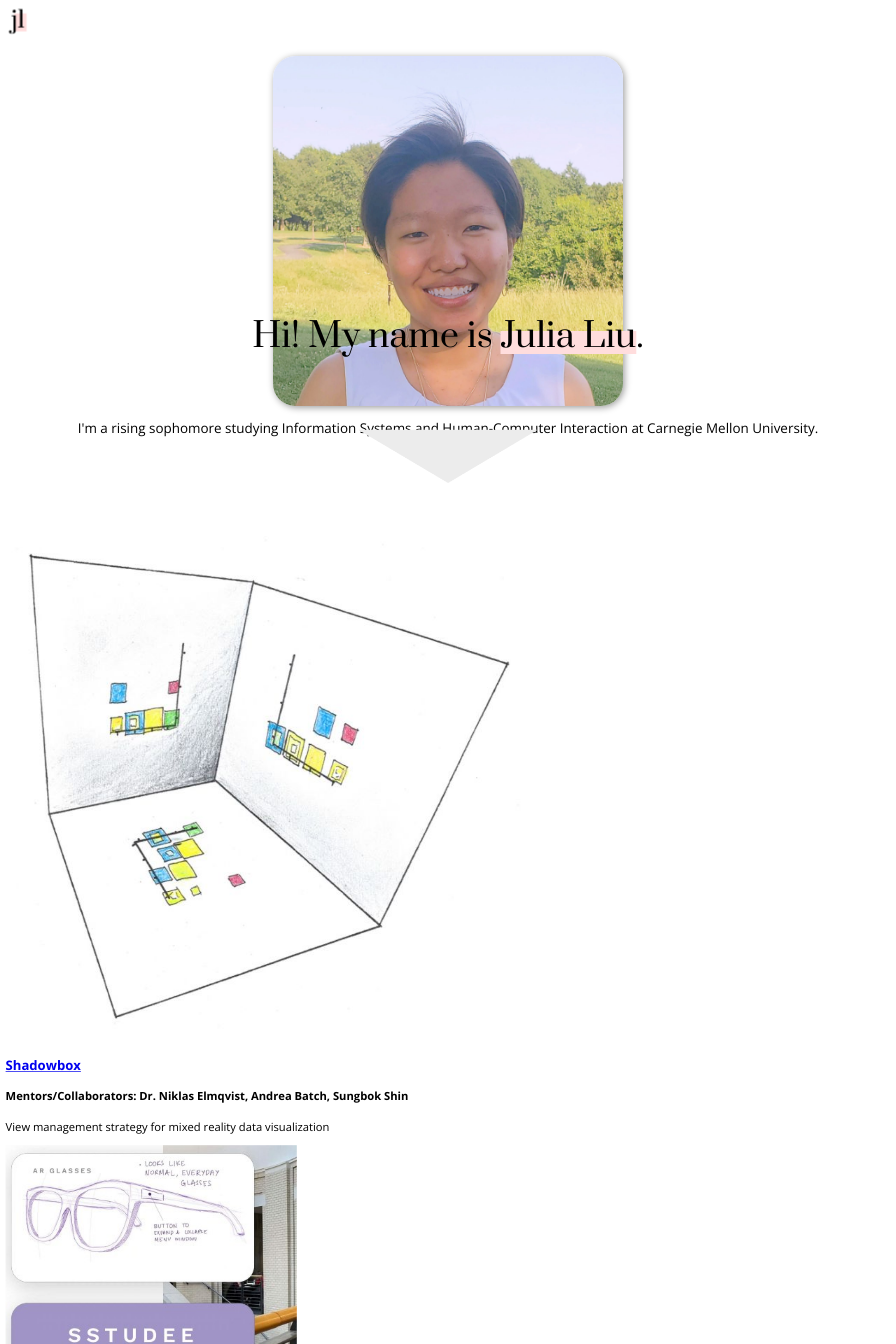
Repository: liu-julia/liu-julia.github.io
Page: index.html
The author's editor kept a copy of each file at every save. The page is drawn from the files as they stood at one save, then again after the next save.
The browser window is 1280 px wide. The pictures show the part of the page from y = 0 to 1920 px (the page is 4978 px tall before and 2900 px after), at 70% of full size.

Above is the page before, as saved 2022-08-02 11:19:15.

After the next save:
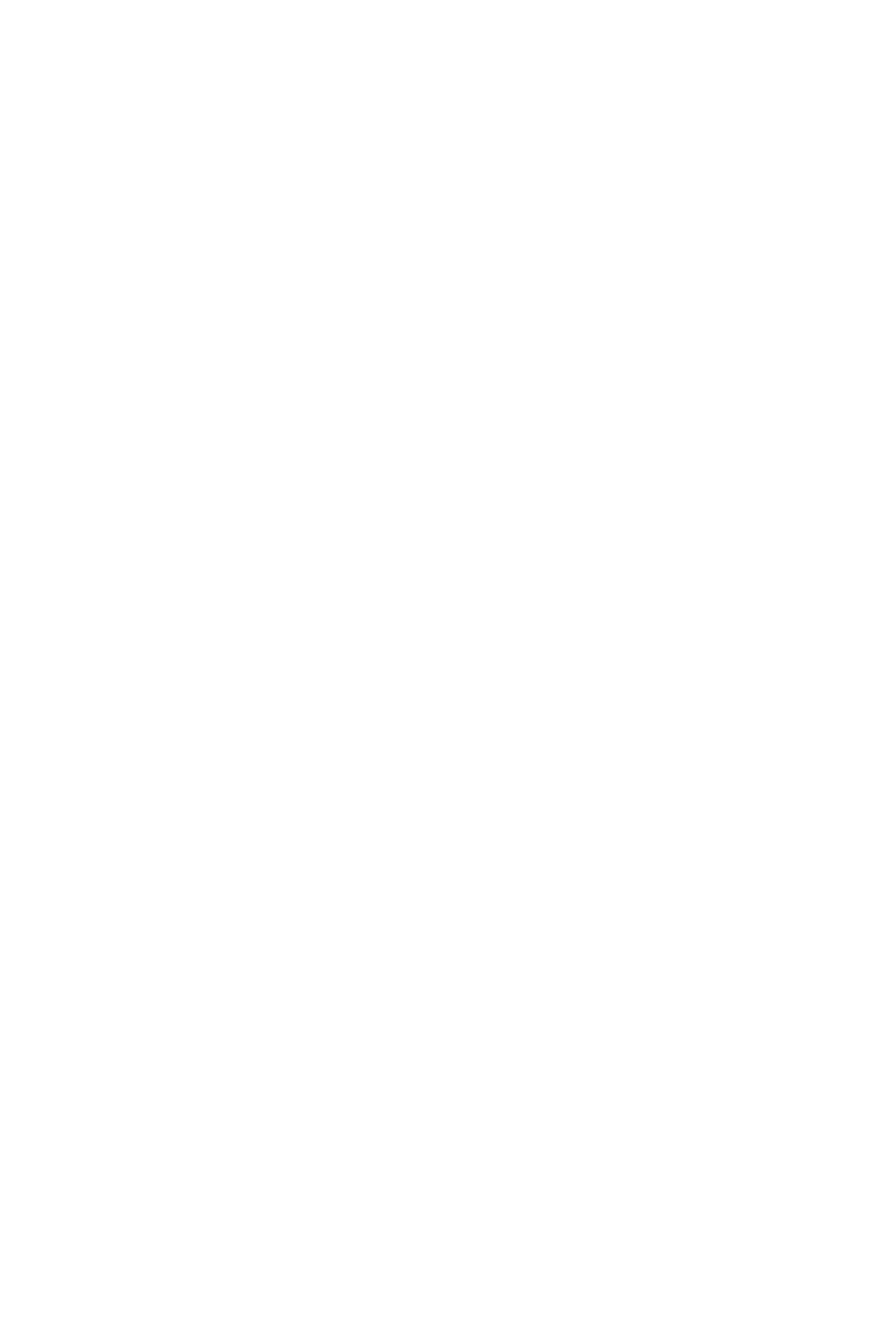
Saved 20 min 13 s later.
--- a/index.html
+++ b/index.html
@@ -7,8 +7,8 @@
     <link rel="preconnect" href="https://fonts.googleapis.com">
     <link rel="preconnect" href="https://fonts.gstatic.com" crossorigin>
     <link href="https://fonts.googleapis.com/css2?family=Karla:wght@300;400;700&family=Open+Sans:wght@300;400;700&family=Playfair+Display:wght@400;700&family=Prata&display=swap" rel="stylesheet">
-    <link rel="stylesheet" media="screen and (min-width: 1500px)" href="css/1500.css" />
-    <link rel="stylesheet" media="screen and (max-width: 1499px)" href="css/mobile.css" />
+    <link rel="stylesheet" media="screen and (min-width: 2px)" href="css/1500.css" />
+    <link rel="stylesheet" media="screen and (max-width: 1px)" href="css/mobile.css" />
     <link rel="icon" href="images/jllogo.png">
     <script src="js/scripts.js"></script>
     <title>Julia Liu</title>

After the save that followed:
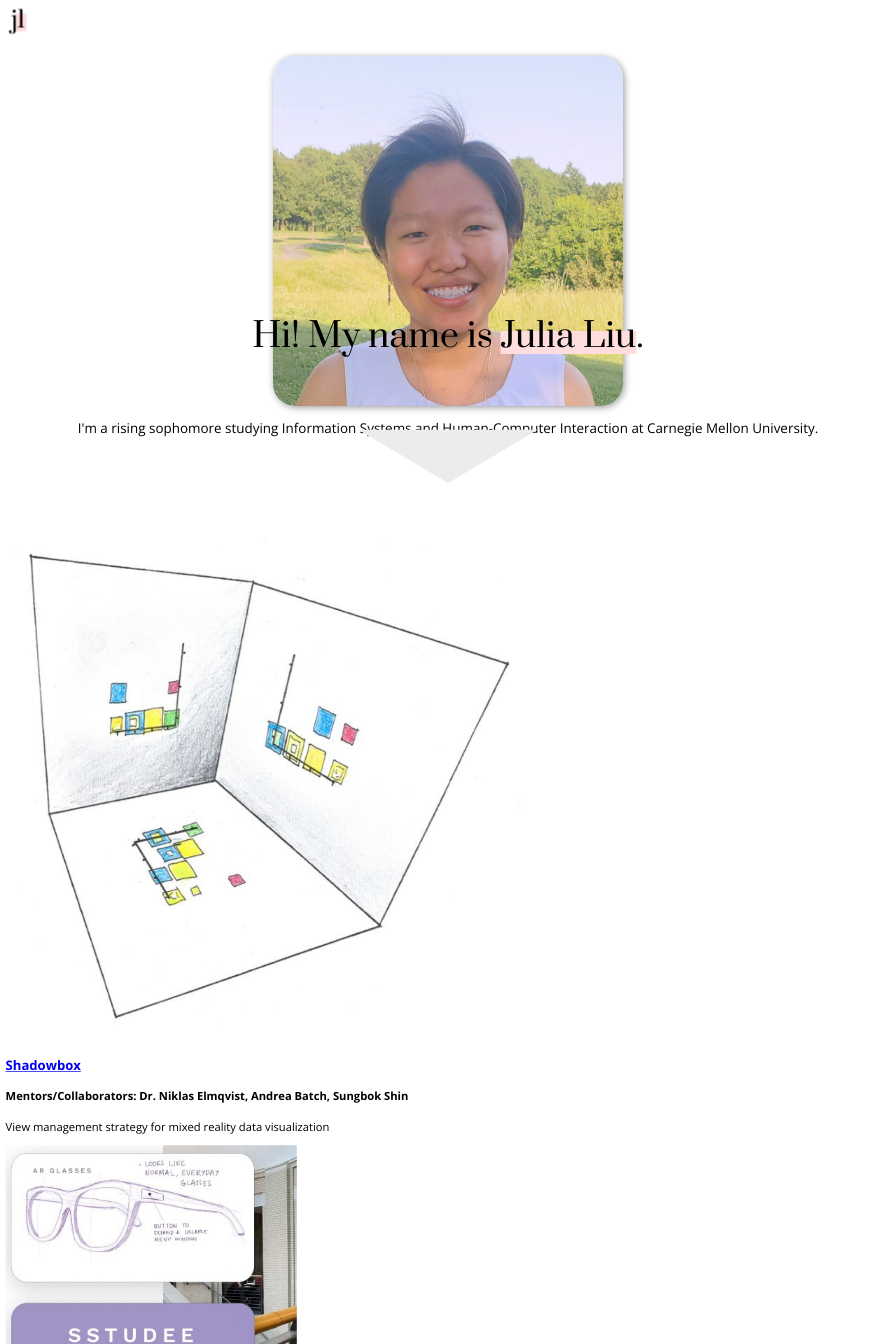
Saved 2 min 4 s later.
--- a/index.html
+++ b/index.html
@@ -7,8 +7,8 @@
     <link rel="preconnect" href="https://fonts.googleapis.com">
     <link rel="preconnect" href="https://fonts.gstatic.com" crossorigin>
     <link href="https://fonts.googleapis.com/css2?family=Karla:wght@300;400;700&family=Open+Sans:wght@300;400;700&family=Playfair+Display:wght@400;700&family=Prata&display=swap" rel="stylesheet">
-    <link rel="stylesheet" media="screen and (min-width: 2px)" href="css/1500.css" />
-    <link rel="stylesheet" media="screen and (max-width: 1px)" href="css/mobile.css" />
+    <link rel="stylesheet" media="screen and (min-width: 1500px)" href="css/1500.css" />
+    <link rel="stylesheet" media="screen and (max-width: 1499px)" href="css/mobile.css" />
     <link rel="icon" href="images/jllogo.png">
     <script src="js/scripts.js"></script>
     <title>Julia Liu</title>
